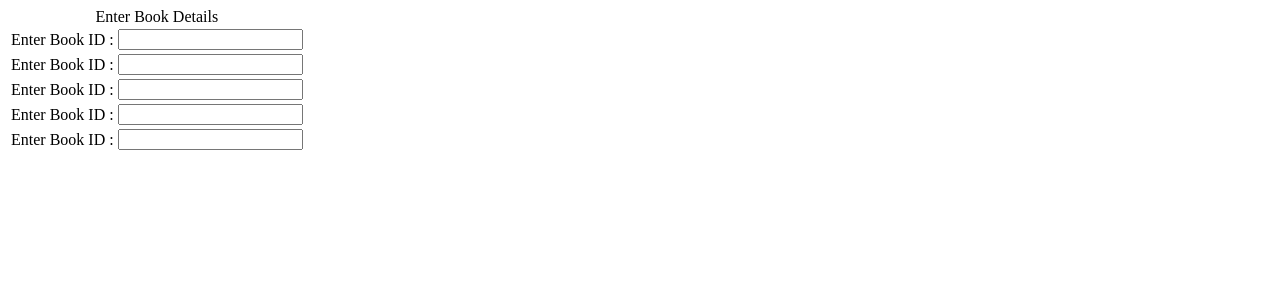
Repository: Pankaj08072001/Adv_Java
Page: 04_Servlet_04/src/main/webapp/AddBook.html
These files come from the project's save history. The page is drawn as it stood at one moment and after the next save; the edit follows.
The browser window is 1280 px wide. The pictures show the whole page.

Above is the page before, as saved 2025-03-18 18:04:56.

After the next save:
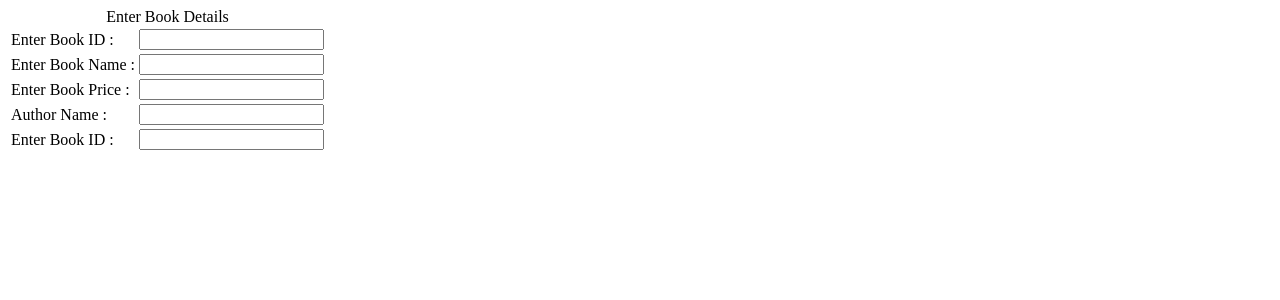
Saved 118 s later.
--- a/04_Servlet_04/src/main/webapp/AddBook.html
+++ b/04_Servlet_04/src/main/webapp/AddBook.html
@@ -13,18 +13,18 @@
 		</tr>
 
 		<tr>
-			<td>Enter Book ID :</td>
-			<td><input type="number" name="id"></td>
+			<td>Enter Book Name :</td>
+			<td><input type="text" name="name"></td>
 		</tr>
 
 		<tr>
-			<td>Enter Book ID :</td>
-			<td><input type="number" name="id"></td>
+			<td>Enter Book Price :</td>
+			<td><input type="text" name="price"></td>
 		</tr>
 
 		<tr>
-			<td>Enter Book ID :</td>
-			<td><input type="number" name="id"></td>
+			<td>Author Name :</td>
+			<td><input type="text" name=""></td>
 		</tr>
 
 		<tr>
